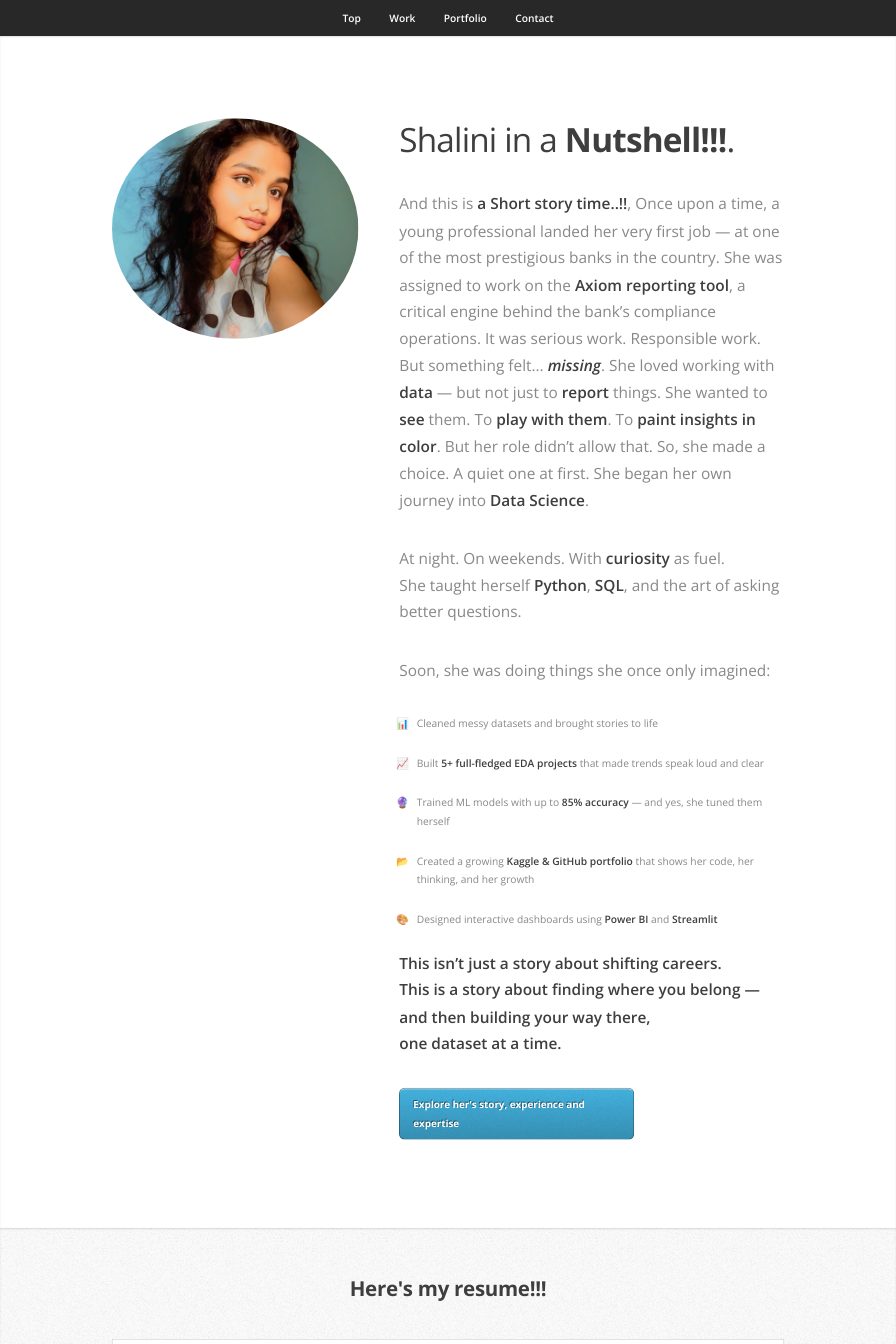
Repository: Shalini-Nanda-ds/Shalini-s-portfolio
Page: index.html
The author's editor kept a copy of each file at every save. The page is drawn from the files as they stood at one save, then again after the next save.
The browser window is 1280 px wide. The pictures show the part of the page from y = 0 to 1920 px (the page is 4839 px tall), at 70% of full size.

Above is the page before, as saved 2025-05-03 17:27:51.

After the next save:
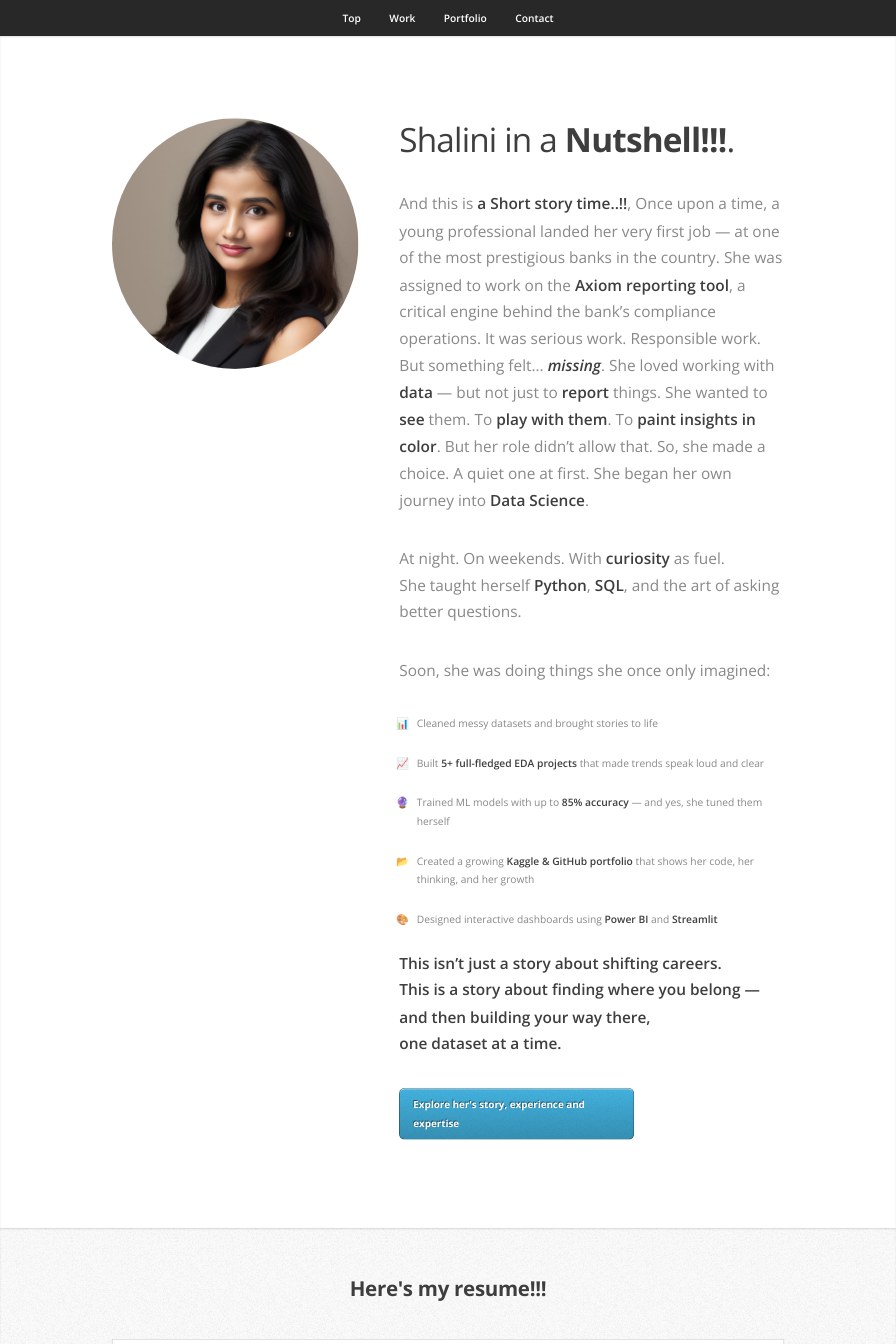
Saved 27 h 32 min later.
--- a/index.html
+++ b/index.html
@@ -28,7 +28,7 @@
 				<div class="container">
 					<div class="row">
 						<div class="col-4 col-5-large col-12-medium">
-							<span class="image fit"><img src="images\new_profile1 copy.jpeg" alt="" /></span>
+							<span class="image fit"><img src="images\portfolio_pic.png" alt="" /></span>
 						</div>
 						<div class="col-8 col-7-large col-12-medium">
 							<header>
